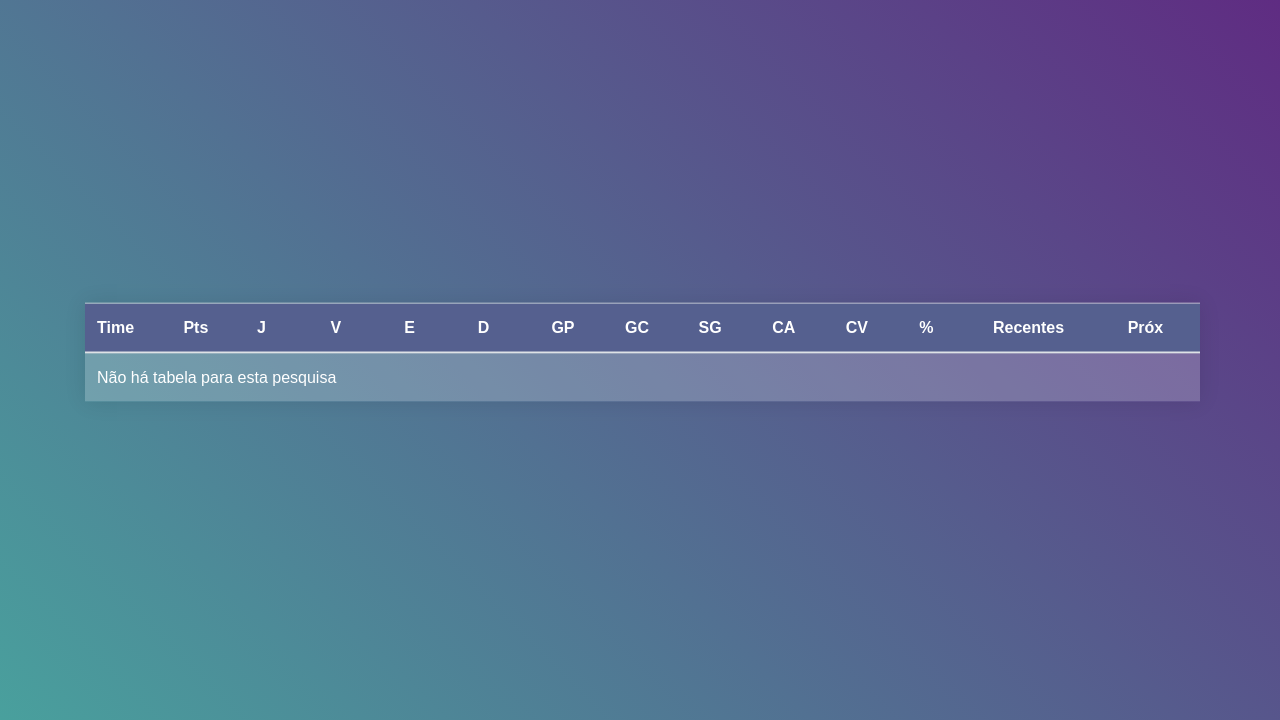
Repository: danielvieira7/campeonato-brasileiro-embed
Page: index.html
An editor plug-in stored every save of this project. The page is shown before and after the next save, followed by the edit.
The browser window is 1280 px wide. The pictures show the whole page.
The page's requests for data from a server got no answer. Some web libraries are served in a nearby version.

Above is the page before, as saved 2021-02-11 23:49:08.

### index.html
<!doctype html>
<html lang="en">
<head>
    <title>Tabela do Campeonato Brasileiro</title>
    <!-- Required meta tags -->
    <meta charset="utf-8">
    <meta name="viewport" content="width=device-width, initial-scale=1, shrink-to-fit=no">

    <!-- Bootstrap CSS -->
    <link rel="stylesheet" href="https://stackpath.bootstrapcdn.com/bootstrap/4.3.1/css/bootstrap.min.css" integrity="sha384-ggOyR0iXCbMQv3Xipma34MD+dH/1fQ784/j6cY/iJTQUOhcWr7x9JvoRxT2MZw1T" crossorigin="anonymous">
    <!-- <link rel="stylesheet" href="//cdn.datatables.net/1.10.23/css/jquery.dataTables.min.css"> -->
    <link rel="stylesheet" href="style.css">
</head>
<body>

    <div class="container">
        <table class="table" id="tabela-campeonato-brasileiro">
            <thead>
                <tr>
                    <th>Time</th>
                    <th>Pts</th>
                    <th>J</th>
                    <th>V</th>
                    <th>E</th>
                    <th>D</th>
                    <th>GP</th>
                    <th>GC</th>
                    <th>SG</th>
                    <th>CA</th>
                    <th>CV</th>
                    <th>%</th>
                    <th>Recentes</th>
                    <th>Próx</th>
                </tr>
            </thead>
            <tbody>
                <tr>
                    <td scope="row"></td>
                    <td></td>
                    <td></td>
                    <td></td>
                    <td></td>
                    <td></td>
                    <td></td>
                    <td></td>
                    <td></td>
                    <td></td>
                    <td></td>
                    <td></td>
                    <td></td>
                    <td></td>
                </tr>
            </tbody>
        </table>
    </div>

    <!-- Optional JavaScript -->
    <!-- jQuery first, then Popper.js, then Bootstrap JS -->
    <script src='https://cdnjs.cloudflare.com/ajax/libs/jquery/3.5.1/jquery.min.js' integrity='sha512-bLT0Qm9VnAYZDflyKcBaQ2gg0hSYNQrJ8RilYldYQ1FxQYoCLtUjuuRuZo+fjqhx/qtq/1itJ0C2ejDxltZVFg==' crossorigin='anonymous'></script>

    <script src="https://cdnjs.cloudflare.com/ajax/libs/popper.js/1.14.7/umd/popper.min.js" integrity="sha384-UO2eT0CpHqdSJQ6hJty5KVphtPhzWj9WO1clHTMGa3JDZwrnQq4sF86dIHNDz0W1" crossorigin="anonymous"></script>
    <script src="https://stackpath.bootstrapcdn.com/bootstrap/4.3.1/js/bootstrap.min.js" integrity="sha384-JjSmVgyd0p3pXB1rRibZUAYoIIy6OrQ6VrjIEaFf/nJGzIxFDsf4x0xIM+B07jRM" crossorigin="anonymous"></script>
    <script src="//cdn.datatables.net/1.10.23/js/jquery.dataTables.min.js"></script>
    <script src="app.js"></script>
</body>
</html>

### style.css
html,
body {
	height: 100%;
}
body {
	margin: 0;
	background: linear-gradient(45deg, #49a09d, #5f2c82);
	font-family: sans-serif;
	font-weight: 100;
}
.container {
	position: absolute;
	top: 50%;
	left: 50%;
	transform: translate(-50%, -50%);
}
table {
	width: 800px;
	border-collapse: collapse;
	overflow: hidden;
	box-shadow: 0 0 20px rgba(0, 0, 0, 0.1);
}
th,
td {
	padding: 15px;
	background-color: rgba(255, 255, 255, 0.2);
	color: #fff;
}
th {
	text-align: left;
}
thead th {
	background-color: #55608f;
}
tbody tr:hover {
	background-color: rgba(255, 255, 255, 0.3);
}
tbody td {
	position: relative;
}
tbody td:hover:before {
	content: "";
	position: absolute;
	left: 0;
	right: 0;
	top: -9999px;
	bottom: -9999px;
	background-color: rgba(255, 255, 255, 0.2);
	z-index: -1;
}

### app.js
var tabelaCampeonatoBrasileiro

$(function () {


    var options = {
        "searching": false,
        "paging": false,
        "info": false,
        "ajax": "https://danielvieira7.github.io/campeonato-brasileiro-json-api/campeonato-brasileiro.json",
        // "ajax": "json.json",
        "dom": '<"top"if>rt<"bottom"><"clear">',
        "language": { "emptyTable": "Não há tabela para esta pesquisa",
            "sInfo": "Exibindo um total de _TOTAL_ times.",
            "sInfoEmpty": "",
            "search": "Pesquisar: ",
            "infoFiltered": "",
            "sZeroRecords": "Não há tabela para esta pesquisa",},
        columns: [
            {"data": "nome"},
            {"data": "pontos"},
            {"data": "jogos"},
            {"data": "vitorias"},
            {"data": "empates"},
            {"data": "derrotas"},
            {"data": "gols_pro"},
            {"data": "gols_contra"},
            {"data": "saldo_gols"},
            {"data": "cartoes_amarelo"},
            {"data": "cartoes_vermelhos"},
            {"data": "aproveitamento"},
            {"data": "recentes"},
            {"data": "proximo_adversario"},
        ],
        columnDefs:[
            { "targets": 0, "width": "5%", "className": "dt-center"},
            { "targets": 1, "width": "5%", "className": "dt-center"},
            { "targets": 2, "width": "5%", "className": "dt-center"},
            { "targets": 3, "width": "5%", "className": "dt-center"},
            { "targets": 4, "width": "5%", "className": "dt-center"},
            { "targets": 5, "width": "5%", "className": "dt-center"},
            { "targets": 6, "width": "5%", "className": "dt-center"},
            { "targets": 7, "width": "5%", "className": "dt-center"},
            { "targets": 8, "width": "5%", "className": "dt-center"},
            { "targets": 9, "width": "5%", "className": "dt-center"},
            { "targets": 10, "width": "5%", "className": "dt-center"},
            { "targets": 11, "width": "5%", "className": "dt-center"},
            { "targets": 12, "width": "5%", "className": "dt-center"},
            { "targets": 13, "width": "5%", "className": "dt-center"},
        ],
        "order": [[ 1, "desc" ]],
        "pageLength": 25
    }

    tabelaCampeonatoBrasileiro = $("#tabela-campeonato-brasileiro").DataTable(options)

})

After the next save:
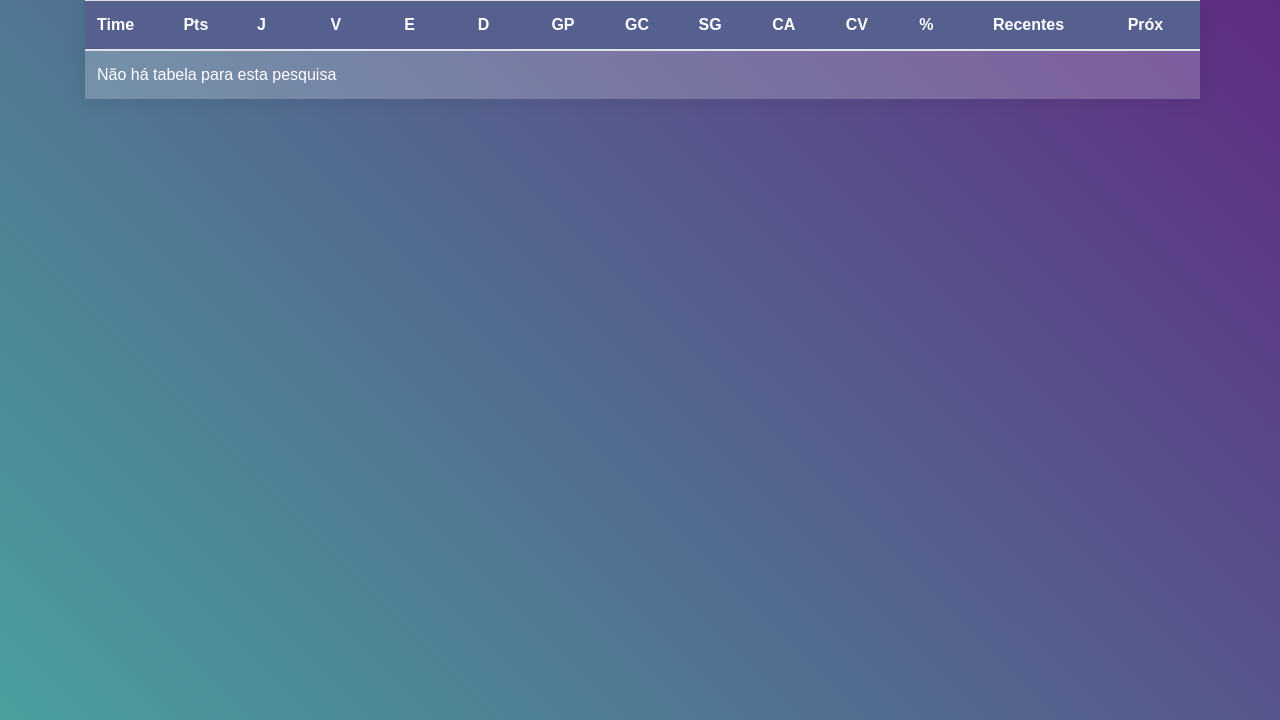
Saved 16 s later.
--- a/style.css
+++ b/style.css
@@ -9,10 +9,6 @@ body {
 	font-weight: 100;
 }
 .container {
-	position: absolute;
-	top: 50%;
-	left: 50%;
-	transform: translate(-50%, -50%);
 }
 table {
 	width: 800px;
